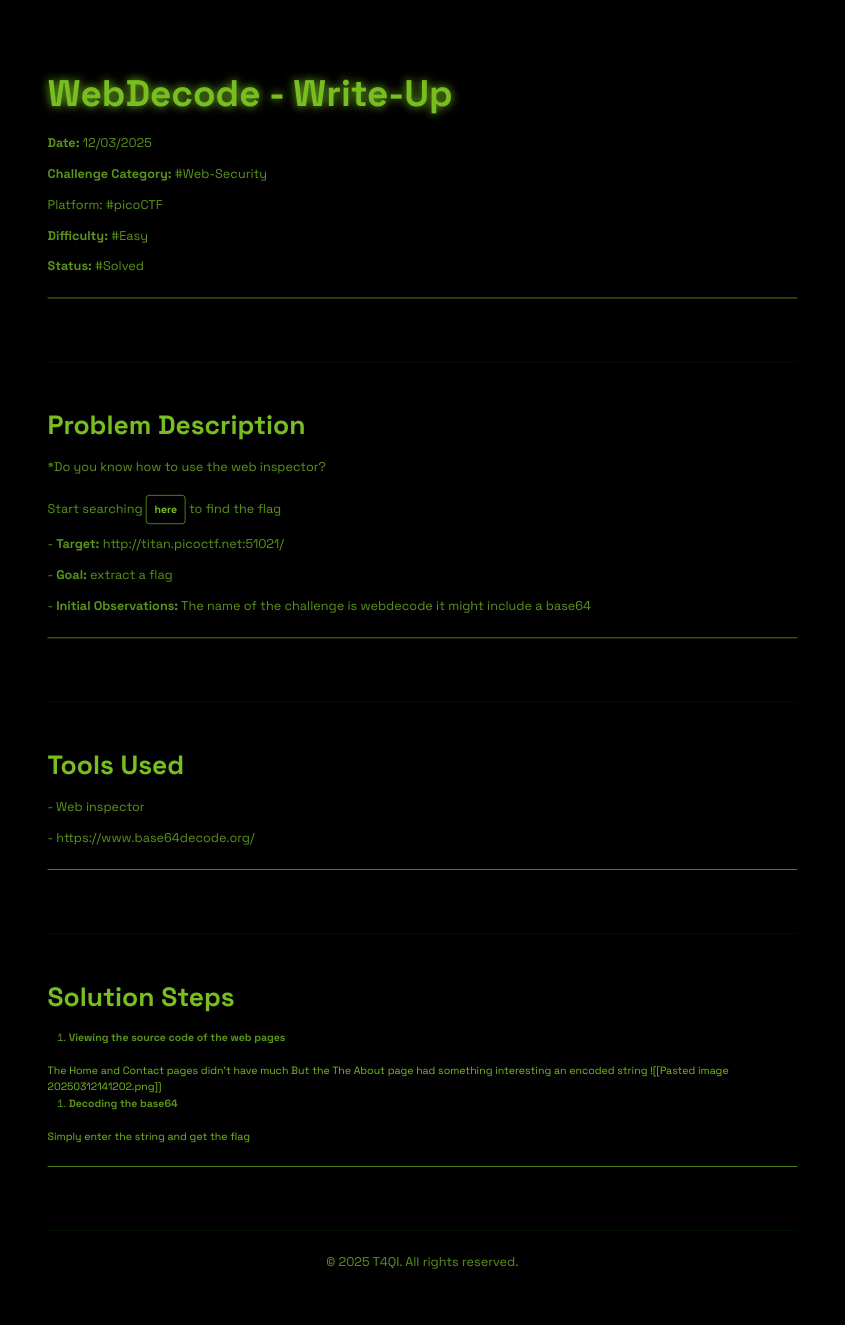
Repository: mohamedsoliman-tq/Website
Page: blogs/picoCTF/WebDecode.html
These files come from the project's save history. The page is drawn as it stood at one moment and after a run of saves; the edit follows.
The browser window is 1280 px wide. The pictures show the whole page, at 66% of full size.

Above is the page before, as saved 2025-03-12 23:48:04.

After the next 2 saves:
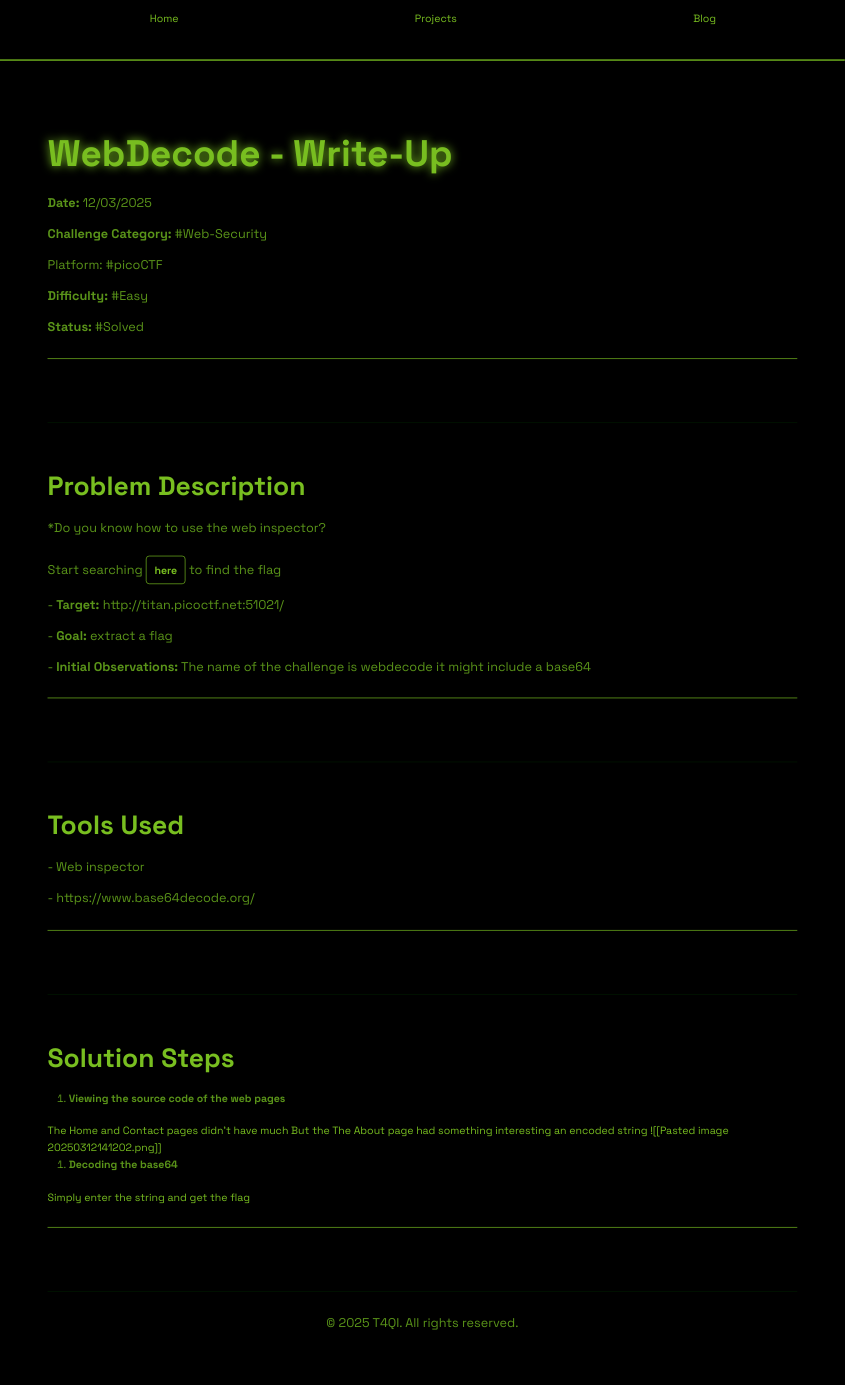
The 2 saves are shown as one change because they came seconds apart.
The last was saved 76 s later.
--- a/blogs/picoCTF/WebDecode.html
+++ b/blogs/picoCTF/WebDecode.html
@@ -196,6 +196,13 @@
 </head>
 
 <body>
+    <nav>
+        <ul>
+            <li><a href="/">Home</a></li>
+            <li><a href="/Projects.html">Projects</a></li>
+            <li><a href="/Blogs.html">Blog</a></li>
+        </ul>
+    </nav>
     <div class="container">
         <div class="section" id="webdecode---write-up">
             <h1>WebDecode - Write-Up</h1>
